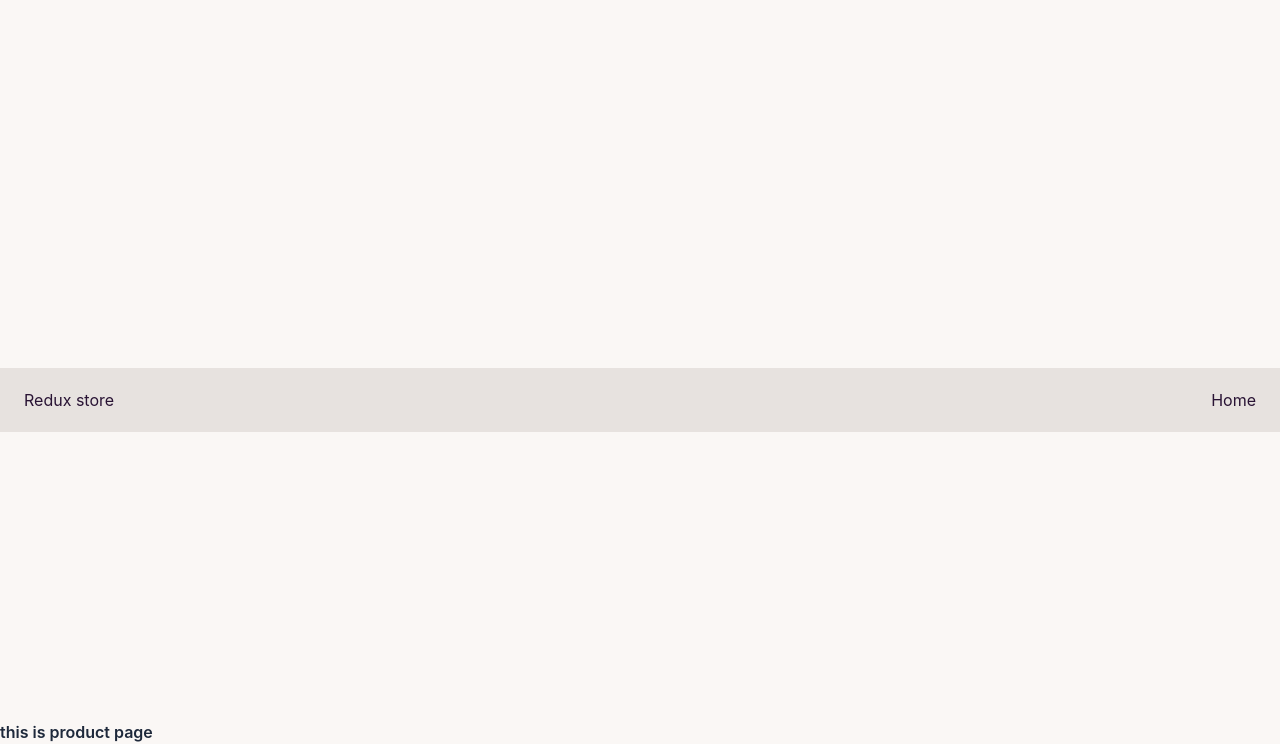
Repository: Tanvir3744/admin-portal
Page: /
These files come from the project's save history. The page is drawn as it stood at one moment and after a run of saves; the edit follows.
The browser window is 1280 px wide. The pictures show the whole page.
The project was rebuilt for these pictures with package versions that can differ from the ones it lists, and the page was loaded fresh each time.

Above is the page before, as saved 2022-07-22 20:19:22.

### src/index.js
import React from 'react';
import ReactDOM from 'react-dom/client';
import './index.css';
import App from './App';
import reportWebVitals from './reportWebVitals';
import { Provider } from 'react-redux'
import { store } from './Redux/Store'
import { BrowserRouter } from 'react-router-dom'
const root = ReactDOM.createRoot(document.getElementById('root'));
root.render(
  <React.StrictMode>
    <Provider store={store}>
      <BrowserRouter>
        <App />
      </BrowserRouter>
    </Provider>
  </React.StrictMode>
);

// If you want to start measuring performance in your app, pass a function
// to log results (for example: reportWebVitals(console.log))
// or send to an analytics endpoint. Learn more: https://bit.ly/CRA-vitals
reportWebVitals();

### src/index.css
/* tailwind css configuration */
@tailwind base;
@tailwind components;
@tailwind utilities;

body {
  margin: 0;
  font-family: -apple-system, BlinkMacSystemFont, 'Segoe UI', 'Roboto', 'Oxygen',
    'Ubuntu', 'Cantarell', 'Fira Sans', 'Droid Sans', 'Helvetica Neue',
    sans-serif;
  -webkit-font-smoothing: antialiased;
  -moz-osx-font-smoothing: grayscale;
}

code {
  font-family: source-code-pro, Menlo, Monaco, Consolas, 'Courier New',
    monospace;
}

### src/App.js
import Header from './components/Header/Header'
import {Route, Routes } from 'react-router-dom';
import Products from './components/Products/Products';
function App() {
  return (
    <div className="App">
      <Header></Header>
      <Routes>
        <Route path='/' element={<Products/>}></Route>
      </Routes>
    </div>
  );
}

export default App;

### src/Redux/Store.js
import { createStore } from 'redux';
import { rootReducers } from './Reducers';
export const store = createStore(rootReducers,
    {},
     window.__REDUX_DEVTOOLS_EXTENSION__ && window.__REDUX_DEVTOOLS_EXTENSION__()
) // the second argument could be a middleware I'm gonna use that later

### src/components/Header/Header.js
import React from 'react';
import { Link } from 'react-router-dom'
const Header = () => {
    const menuItem = <>
        <li><Link to='/'>Home</Link></li>
    </>
    return (
        <div>
            <div class="drawer">
                <input id="my-drawer-3" type="checkbox" class="drawer-toggle" />
                <div class="flex flex-col">

                    <div class="w-full navbar bg-base-300">
                        <div class="flex-none lg:hidden">
                            <label for="my-drawer-3" class="btn btn-square btn-ghost">
                                <svg xmlns="http://www.w3.org/2000/svg" fill="none" viewBox="0 0 24 24" class="inline-block w-6 h-6 stroke-current"><path stroke-linecap="round" stroke-linejoin="round" stroke-width="2" d="M4 6h16M4 12h16M4 18h16"></path></svg>
                            </label>
                        </div>
                        <div class="flex-1 px-2 mx-2">
                            Redux store
                        </div>
                        <div class="flex-none hidden lg:block">
                            <ul class="menu menu-horizontal">
                                {menuItem}
                            </ul>
                        </div>
                    </div>
                </div>
                <div class="drawer-side">
                    <label for="my-drawer-3" class="drawer-overlay"></label>
                    <ul class="menu p-4 overflow-y-auto w-80 bg-base-100">
                        {menuItem}
                    </ul>

                </div>
            </div>
        </div>
    );
};

export default Header;

### src/components/Products/Products.js
import React from 'react';

const Products = () => {
    return (
        <div>
            <h2 className='text-slate-800 font-semibold'>this is product page</h2>

        </div>
    );
};

export default Products;

### src/Redux/Reducers/index.js
import { combineReducers } from 'redux';
import { setProductReducers } from '../Reducers/Reducers';

export const rootReducers = combineReducers({
    setProdReducer : setProductReducers,
})

### src/Redux/Reducers/Reducers.js
import { ActionType } from '../ActionTypes/ActionContstant'

//initializing the state here
const initProdState = {
    products: [
        {
            "img": "https://m.media-amazon.com/images/I/71wrIZujPIL._AC_UL320_.jpg",
            "name": "Roku Streaming Stick 4K 2021",
            "desc": "Streaming Device 4K/HDR/Dolby Vision with Roku Voice Remote and TV Controls",
            "price": "$29.99"
        },
        {
            "img": "https://m.media-amazon.com/images/I/717dWfmxXVL._AC_UL320_.jpg",
            "name": "Roku Express | HD Streaming Media",
            "desc": "Player with High Speed HDMI Cable and Simple Remote",
            "price": "$19.99"
        },
        {
            "img": "https://m.media-amazon.com/images/I/71rXSVqET9L._AC_UL320_.jpg",
            "name": "Sceptre 24 inch Professional Thin 75Hz",
            "desc": "1080p LED Monitor 2x HDMI VGA Build-in Speakers, Machine Black (E248W-19203R Series)",
            "price": "$99.99"
        },
        {
            "img": "https://m.media-amazon.com/images/I/712xpaJPT6L._AC_UL320_.jpg",
            "name": "Logitech C922x Pro Stream Webcam ",
            "desc": "Full 1080p HD Camera",
            "price": "$109.99"
        }
    ]
}

console.log(initProdState)
export const setProductReducers = (state = initProdState, { type, payload }) => {
    switch (type) {
        case ActionType.SET_PRODUCTS:
            return state;

        default:
            return state;
    }
}

### src/Redux/ActionTypes/ActionContstant.js
export const ActionType = {
    SET_PRODUCTS: "SET_PRODUCTS",
    SELECTED_PRODUCT: 'SELECTED_PRODUCT',
    REMOVE_SELECTED_PRODUCT : 'REMOVE_SELECTED_PRODUCT',
}

### tailwind.config.js
/** @type {import('tailwindcss').Config} */
module.exports = {
  content: ["./src/**/*.{html,js}"],
  theme:{
    extend: {
      daisyui: {
        themes: [
          {
            mytheme: {
              "primary": "#ffc4d3",
              "secondary": "#f285d6",
              "accent": "#6501ad",
              "neutral": "#1B1D23",
              "base-100": "#EDE6EF",
              "info": "#408BC4",
              "success": "#24BC85",
              "warning": "#A26F11",
              "error": "#F4627A",
            },
          },
        ],
      },
    },
  },
  daisyui: {
    themes: ["cupcake","cmyk"],
  },
  plugins: [require("daisyui")],
}

Loaded but not shown: public/index.html (common file); src/reportWebVitals.js (common file)

After the next 2 saves:
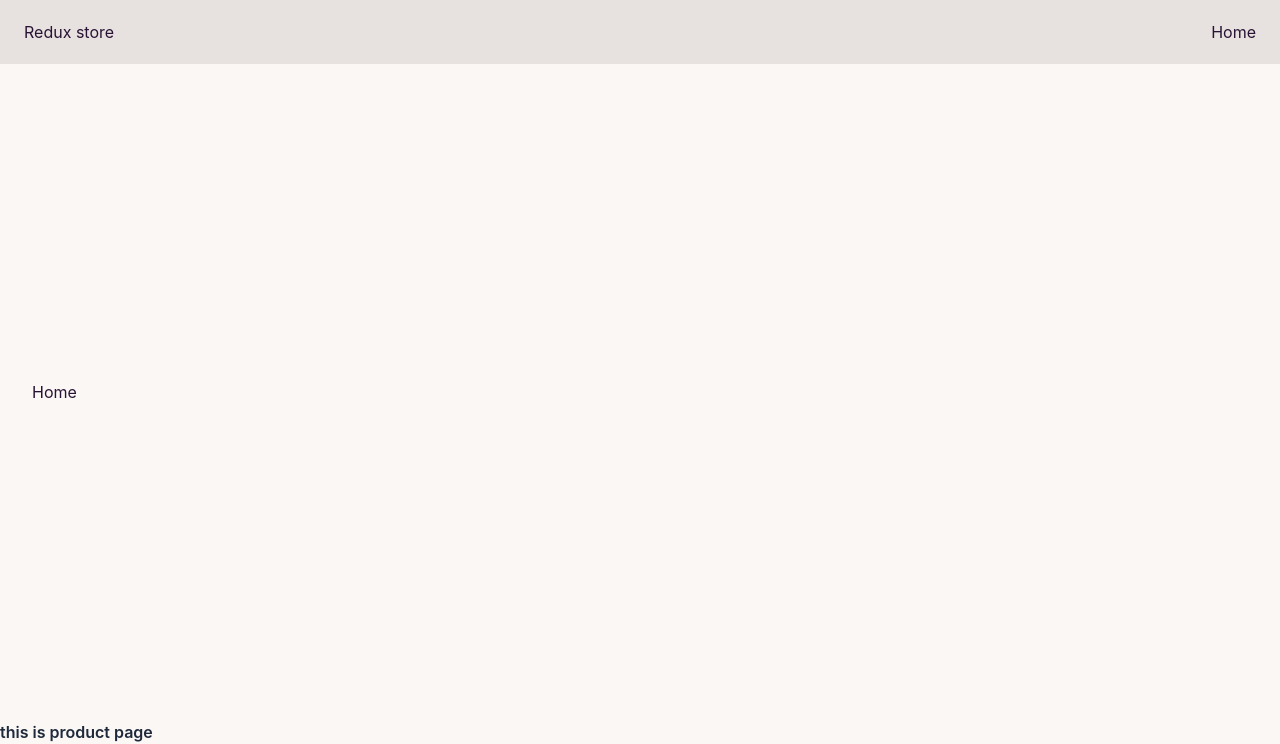
The 2 saves are shown as one change because they came seconds apart.
The last was saved 71 s later.
--- a/src/components/Header/Header.js
+++ b/src/components/Header/Header.js
@@ -9,7 +9,6 @@ const Header = () => {
             <div class="drawer">
                 <input id="my-drawer-3" type="checkbox" class="drawer-toggle" />
                 <div class="flex flex-col">
-
                     <div class="w-full navbar bg-base-300">
                         <div class="flex-none lg:hidden">
                             <label for="my-drawer-3" class="btn btn-square btn-ghost">
@@ -26,7 +25,7 @@ const Header = () => {
                         </div>
                     </div>
                 </div>
-                <div class="drawer-side">
+                <div>
                     <label for="my-drawer-3" class="drawer-overlay"></label>
                     <ul class="menu p-4 overflow-y-auto w-80 bg-base-100">
                         {menuItem}
